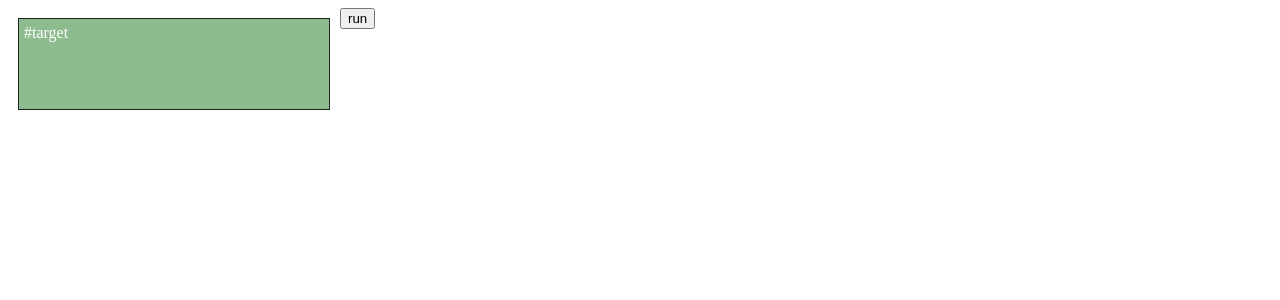
Repository: silenttemplar/java_start_project
Page: hansung_ee_2014/hansung_jquery_exercise/WebContent/ChangeSize_10.html
The author's editor kept a copy of each file at every save. The page is drawn from the files as they stood at one save, then again after the next save.
The browser window is 1280 px wide. The pictures show the whole page.
After loading, the first visible `input` was clicked once.

Above is the page before, as saved 2014-08-27 08:16:20.

After the next save:
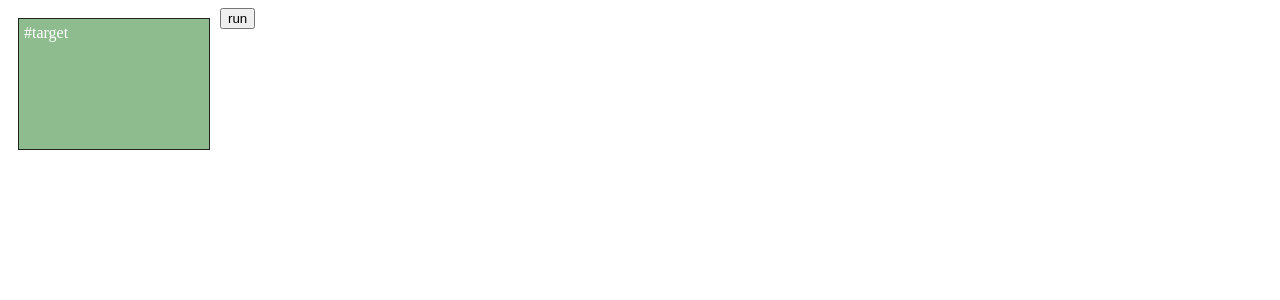
Saved 69 s later.
--- a/hansung_ee_2014/hansung_jquery_exercise/WebContent/ChangeSize_10.html
+++ b/hansung_ee_2014/hansung_jquery_exercise/WebContent/ChangeSize_10.html
@@ -9,8 +9,10 @@
 	 * 함수 : css() / width(), height()
 	 */
 	function run() {
-		$("div").width("300");
-		$("div").height("80");
+// 		$("#target").width("300");
+// 		$("#target").height("80");
+		$("#target").width($("#target").width()*1.2);
+		$("#target").height($("#target").height()*1.2);
 	}
 </script>
 

After the save that followed:
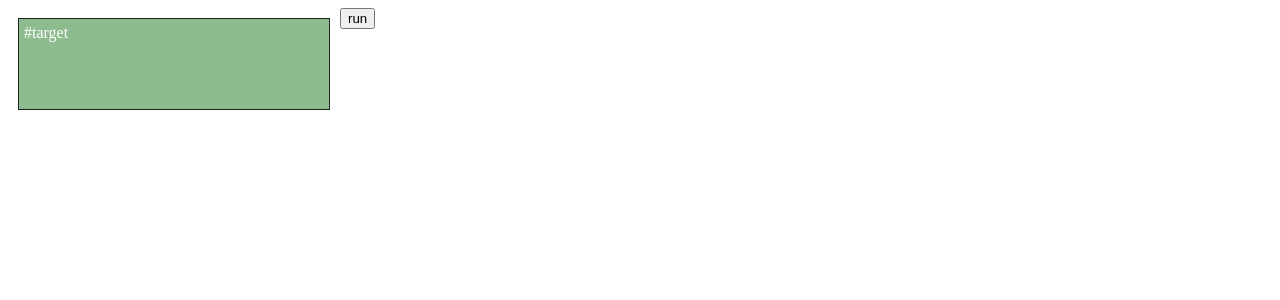
Saved 35 s later.
--- a/hansung_ee_2014/hansung_jquery_exercise/WebContent/ChangeSize_10.html
+++ b/hansung_ee_2014/hansung_jquery_exercise/WebContent/ChangeSize_10.html
@@ -9,10 +9,10 @@
 	 * 함수 : css() / width(), height()
 	 */
 	function run() {
-// 		$("#target").width("300");
-// 		$("#target").height("80");
-		$("#target").width($("#target").width()*1.2);
-		$("#target").height($("#target").height()*1.2);
+		$("#target").width("300");
+		$("#target").height("80");
+// 		$("#target").width($("#target").width()*1.2);
+// 		$("#target").height($("#target").height()*1.2);
 	}
 </script>
 
